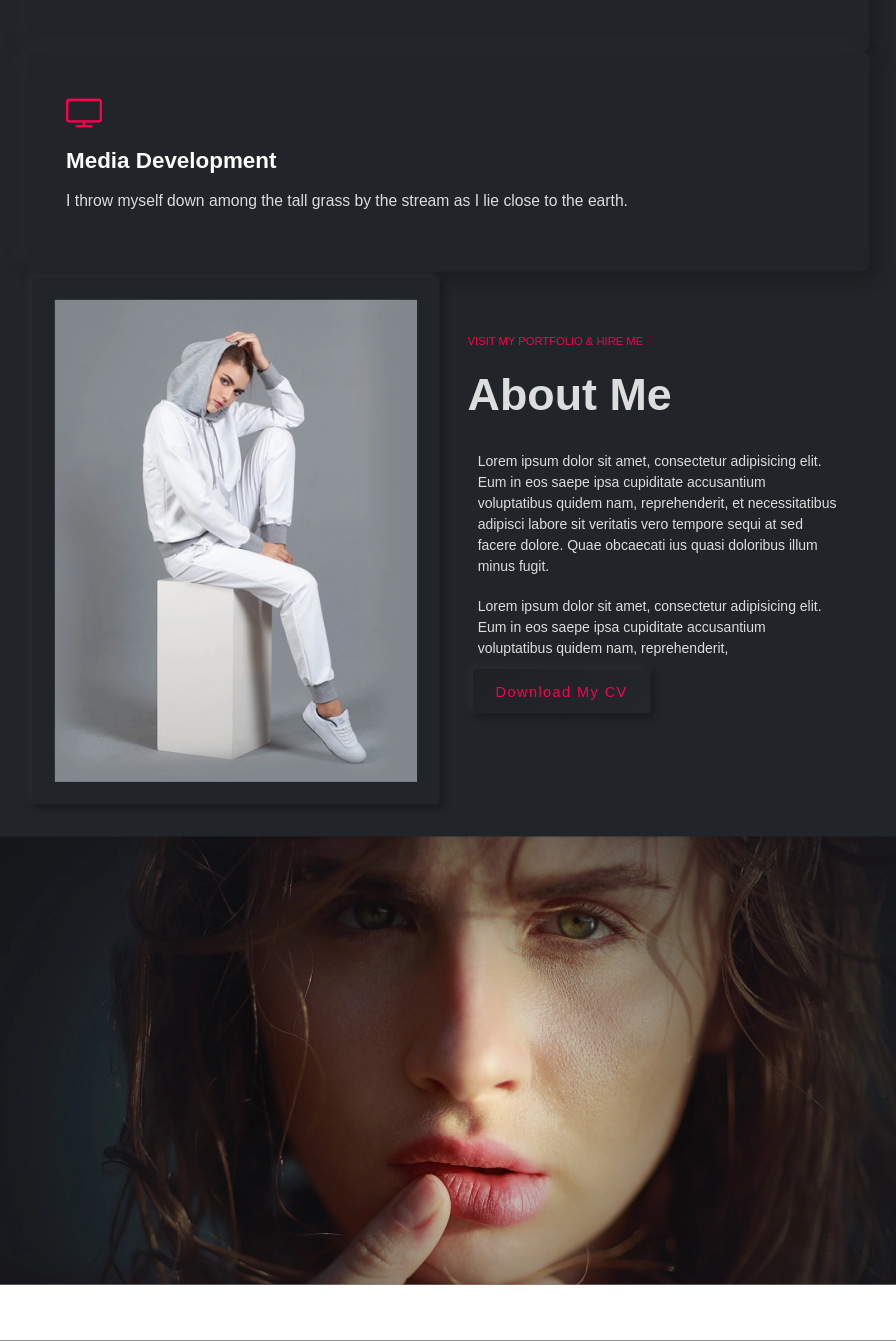
Repository: arminprogramme/inbio
Page: /
These files come from the project's save history. The page is drawn as it stood at one moment and after the next save; the edit follows.
The browser window is 1280 px wide. The pictures show the part of the page from y = 1520 to 3440 px (the page is 3435 px tall before and 3440 px after), at 70% of full size.
Backgrounds fixed to the window are drawn as part of the page. Some web libraries are served in a nearby version. The project was rebuilt for these pictures with package versions that can differ from the ones it lists, and the page was loaded fresh each time. Also part of the build but not shown: vite.config.js.

Above is the page before, as saved 2023-10-20 04:28:21.

After the next save:
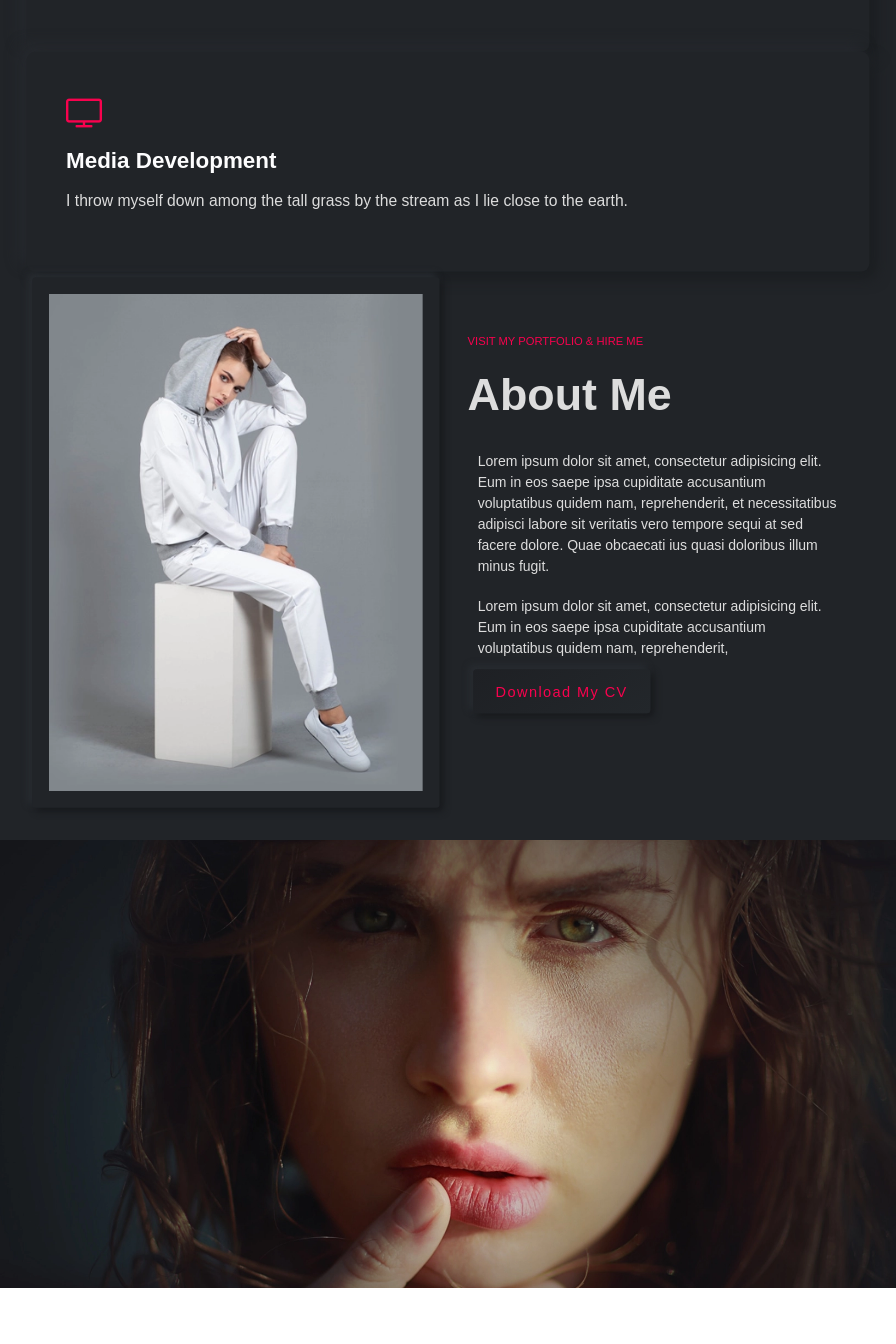
Saved 30 s later.
--- a/src/Component/Body/About/About.css
+++ b/src/Component/Body/About/About.css
@@ -1,4 +1,3 @@
-.inner-img-about,
 .img-about {
     padding: 0.5rem;
     border-radius: 5px;
